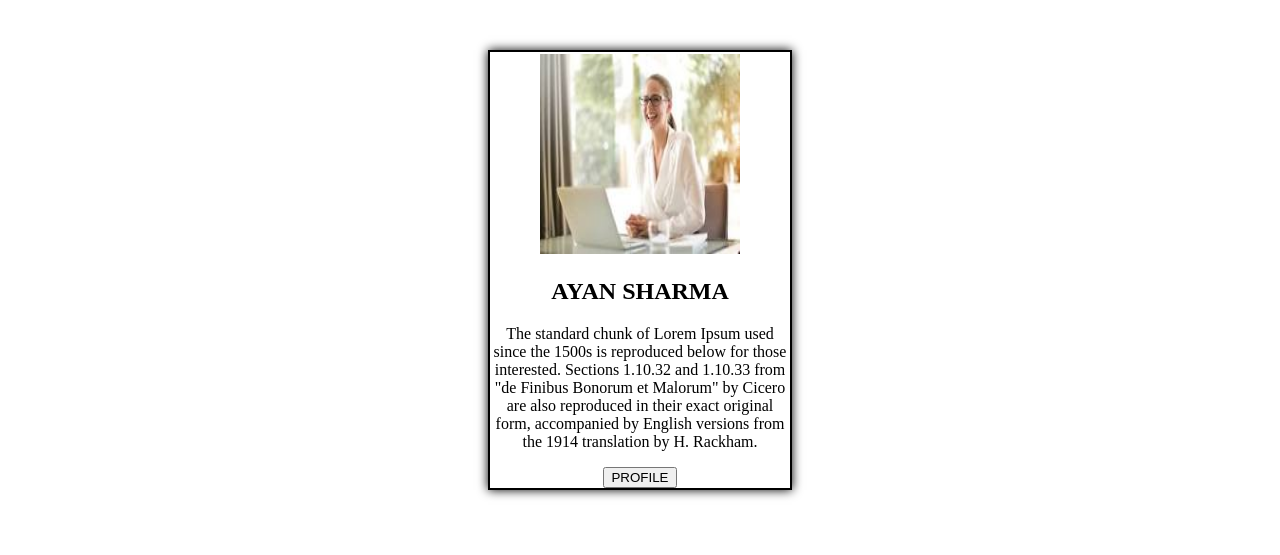
Repository: arindamslt/JEECoding
Page: JEE_FRONTEND/src/main/webapp/08CardCSS.html
These files come from the project's save history. The page is drawn as it stood at one moment and after the next save; the edit follows.
The browser window is 1280 px wide. The pictures show the whole page.

Above is the page before, as saved 2025-07-15 06:02:32.

After the next save:
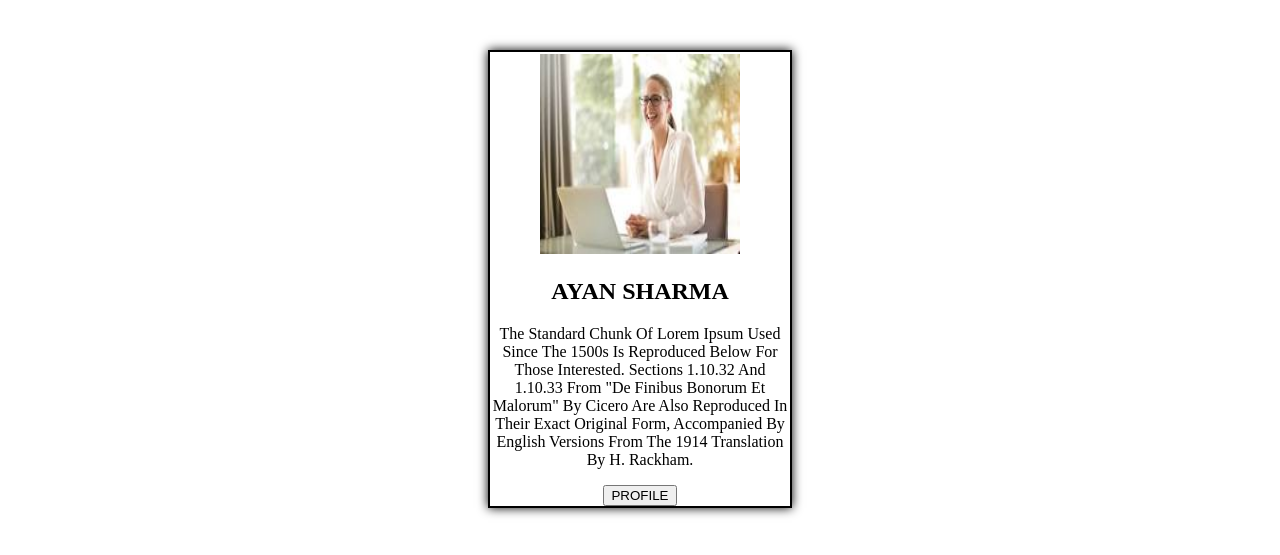
Saved 31 s later.
--- a/JEE_FRONTEND/src/main/webapp/08CardCSS.html
+++ b/JEE_FRONTEND/src/main/webapp/08CardCSS.html
@@ -12,6 +12,9 @@
 		box-shadow: 0px 0px 10px black;
 		img{
 			margin-top: 2px;
+		}
+		p{
+			text-transform: capitalize;
 		}
 	}
 </style>
